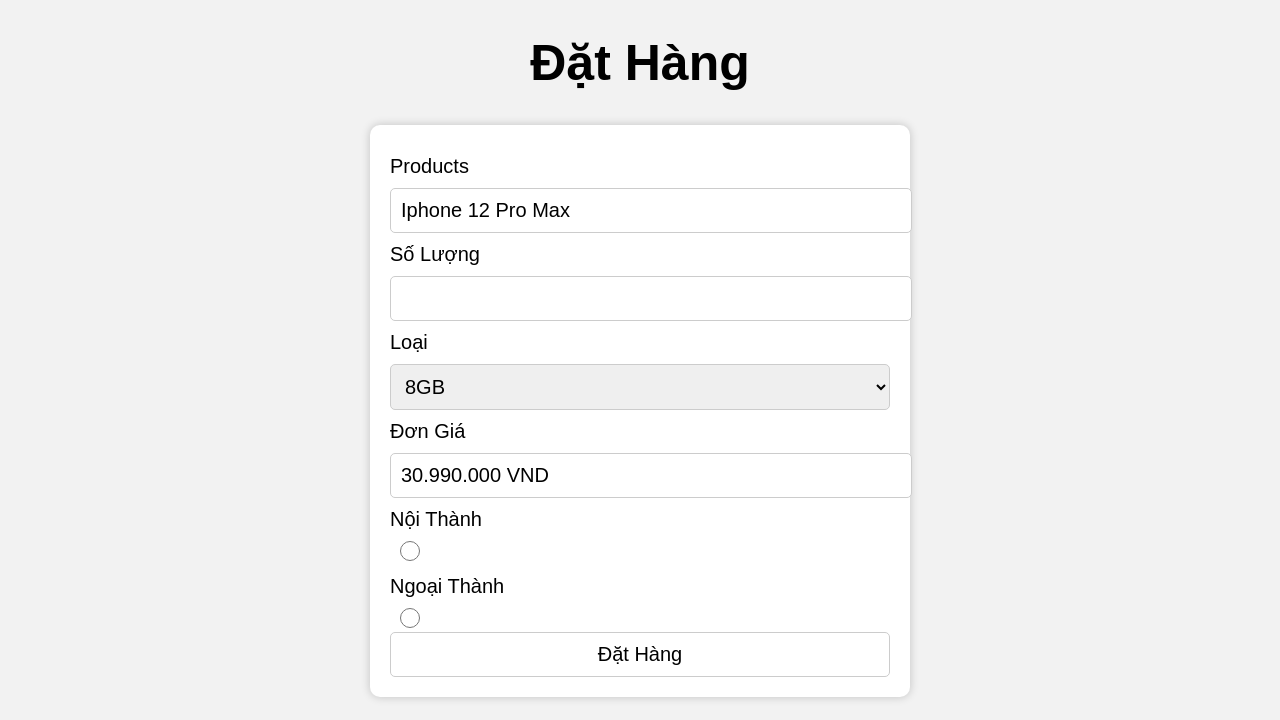
Repository: hisu87/WEB1043-JS
Page: Lab-Done-JS/Lab-7/html/Oder.html
The author's editor kept a copy of each file at every save. The page is drawn from the files as they stood at one save, then again after the next save.
The browser window is 1280 px wide. The pictures show the whole page.

Above is the page before, as saved 2023-04-08 13:22:07.

After the next save:
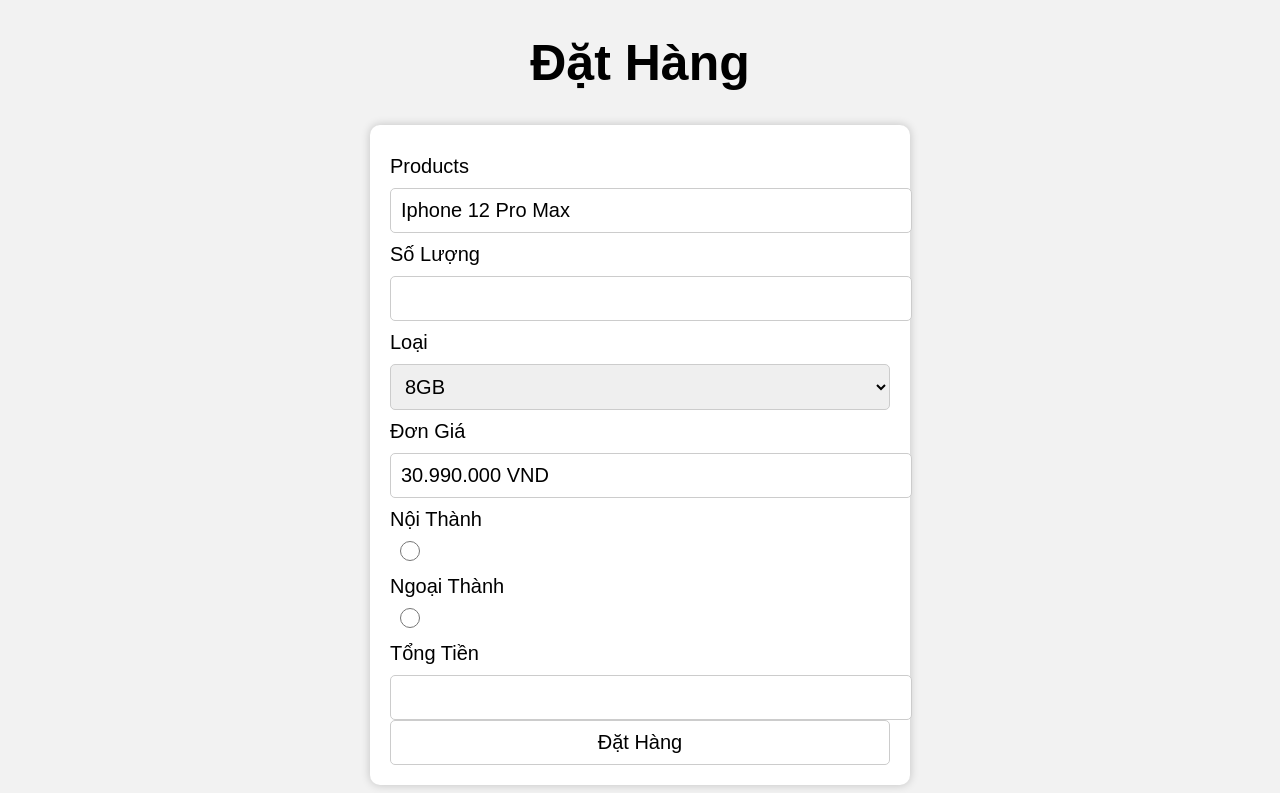
Saved 101 s later.
--- a/Lab-Done-JS/Lab-7/html/Oder.html
+++ b/Lab-Done-JS/Lab-7/html/Oder.html
@@ -98,7 +98,10 @@
         <div id="phi_vc" style="display: none">
             <label for="phi_vc">Phí Vận Chuyển</label>
             <input readonly type="text" name="phi_vc" id="phi_vc" value="55.000 VND ">
-
+        </div>
+        <div class="tien">
+            <label for="tong_tien">Tổng Tiền</label>
+            <input readonly type="text" name="tong_tien" id="tong_tien" ">
         </div>
         <button type="submit">Đặt Hàng</button>
 

After the save that followed:
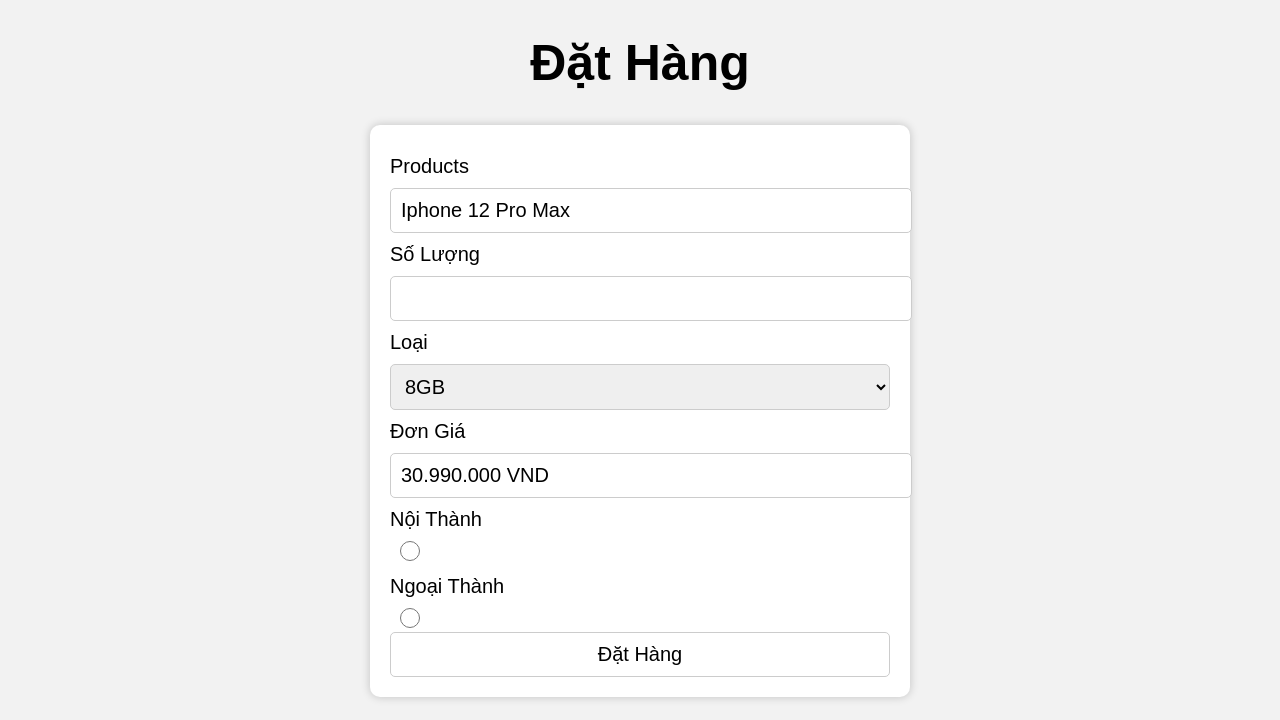
Console error: SyntaxError: Unexpected end of input
Saved 27 s later.
--- a/Lab-Done-JS/Lab-7/html/Oder.html
+++ b/Lab-Done-JS/Lab-7/html/Oder.html
@@ -99,10 +99,6 @@
             <label for="phi_vc">Phí Vận Chuyển</label>
             <input readonly type="text" name="phi_vc" id="phi_vc" value="55.000 VND ">
         </div>
-        <div class="tien">
-            <label for="tong_tien">Tổng Tiền</label>
-            <input readonly type="text" name="tong_tien" id="tong_tien" ">
-        </div>
         <button type="submit">Đặt Hàng</button>
 
 
@@ -115,14 +111,7 @@
             var phi_vc = document.getElementById("phi_vc");
             phi_vc.style.display = visible ? "" : "none";
         }
-
-        function tinh_tien() {
-            var qty = document.getElementById("qty").value;
-            var price = document.getElementById("price").value;
-            var phi_vc = document.getElementById("phi_vc").value;
-            var tong_tien = qty * price + phi_vc;
-            document.getElementById("tong_tien").value = tong_tien;
-        }
+        function va
 
 
     </script>
